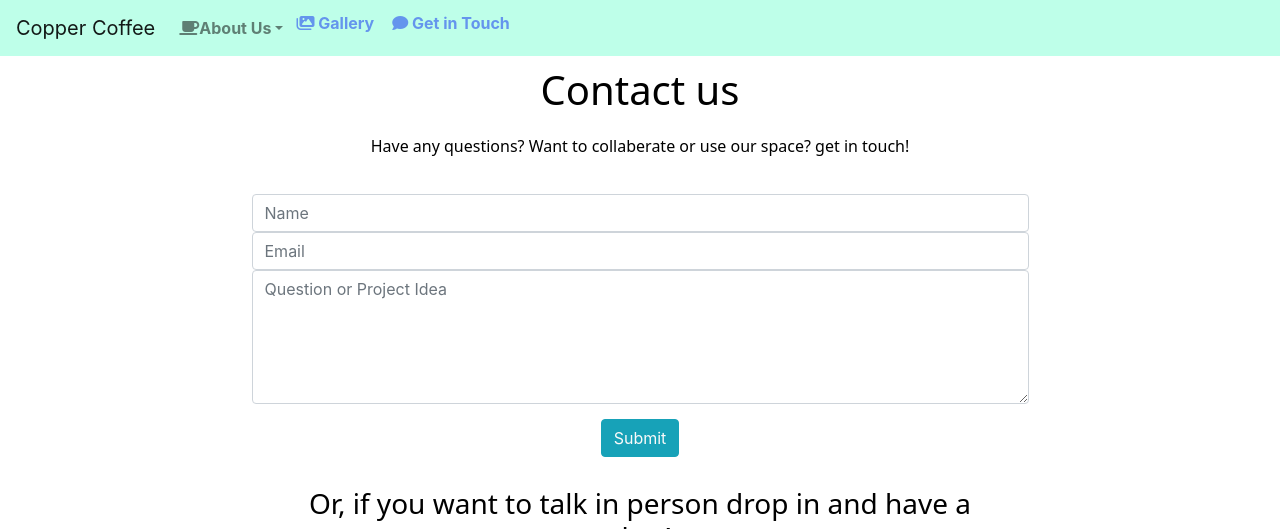
Repository: Matt-F90/milestone
Page: contact.html
The author's editor kept a record of every edit. The page is drawn from the files as they stood at one moment, then again after the next edit.
The browser window is 1280 px wide. The pictures show the part of the page from y = 0 to 529 px (the page is 1155 px tall before and 1120 px after).
Pictures or frames that could not be fetched are drawn as grey boxes. Some web libraries are served in a nearby version.

Above is the page before.
Console error: TypeError: Cannot read properties of undefined (reading 'fn')

After the next edit:
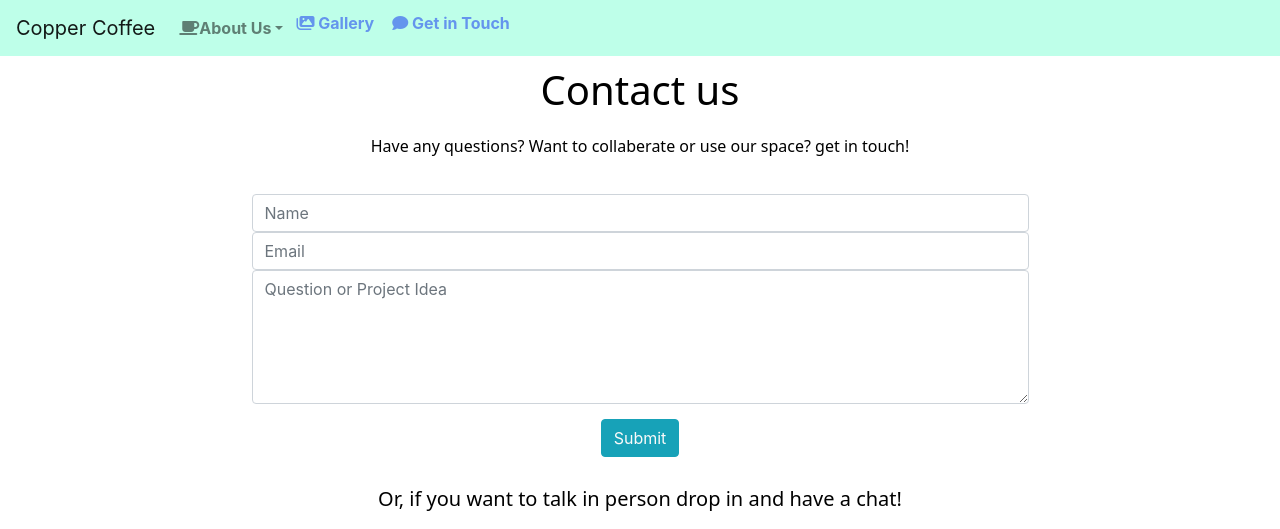
The edit:
--- a/contact.html
+++ b/contact.html
@@ -59,7 +59,7 @@
                 </div>
             </form>
             <div class="container map-container">
-                <h3 class="general-sub">Or, if you want to talk in person drop in and have a chat!</h3>
+                <h5 class="general-sub">Or, if you want to talk in person drop in and have a chat!</h5>
                 <div class="row">
                     <div class="col-6 col-md-6">
                         <iframe src="https://www.google.com/maps/embed?pb=!1m18!1m12!1m3!1d9931.760426840105!2d-0.07403769999998926!3d51.514314799999994!2m3!1f0!2f0!3f0!3m2!1i1024!2i768!4f13.1!3m3!1m2!1s0x0%3A0xa4742878230d11f1!2sCopper%20Coffee!5e0!3m2!1sen!2suk!4v1570699680400!5m2!1sen!2suk"
